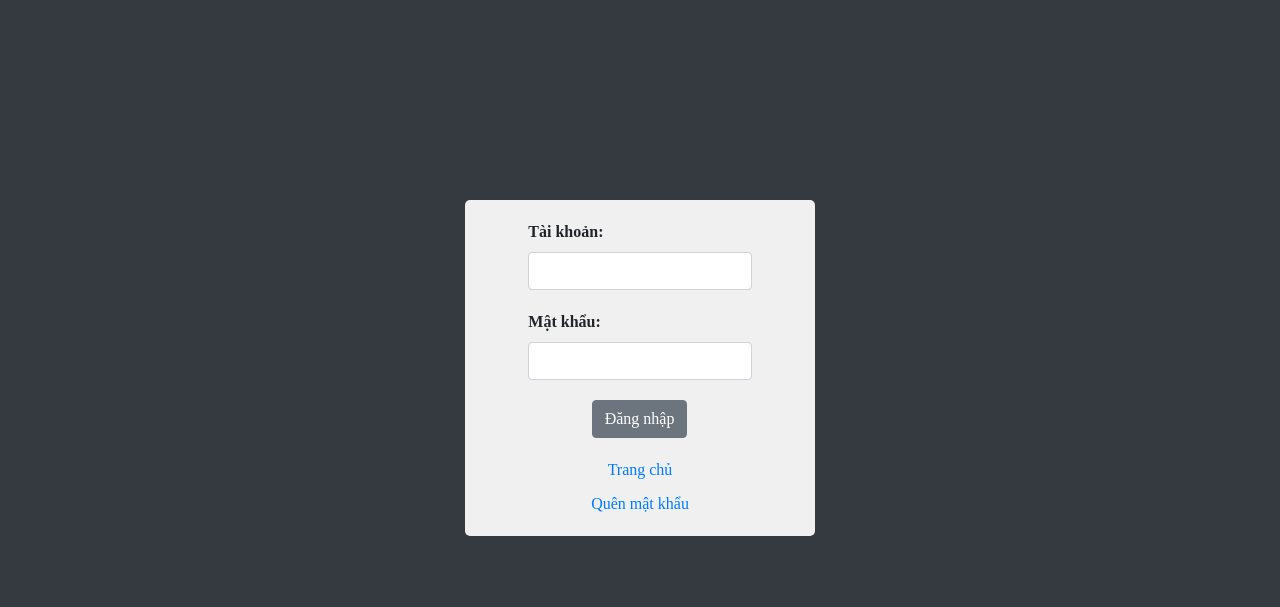
Repository: cuongnh2k/phimmoi
Page: http://localhost/phimmoi/Login.jsp
The author's editor kept a copy of each file at every save. The page is drawn from the files as they stood at one save, then again after the next save.
The browser window is 1280 px wide. The pictures show the whole page.
Some web fonts or font styles are not loaded; a fallback is used. The page is served by Tomcat 9. Nobody is signed in. The application's start-up code is not run.

Above is the page before, as saved 2021-08-23 03:00:02.

After the next save:
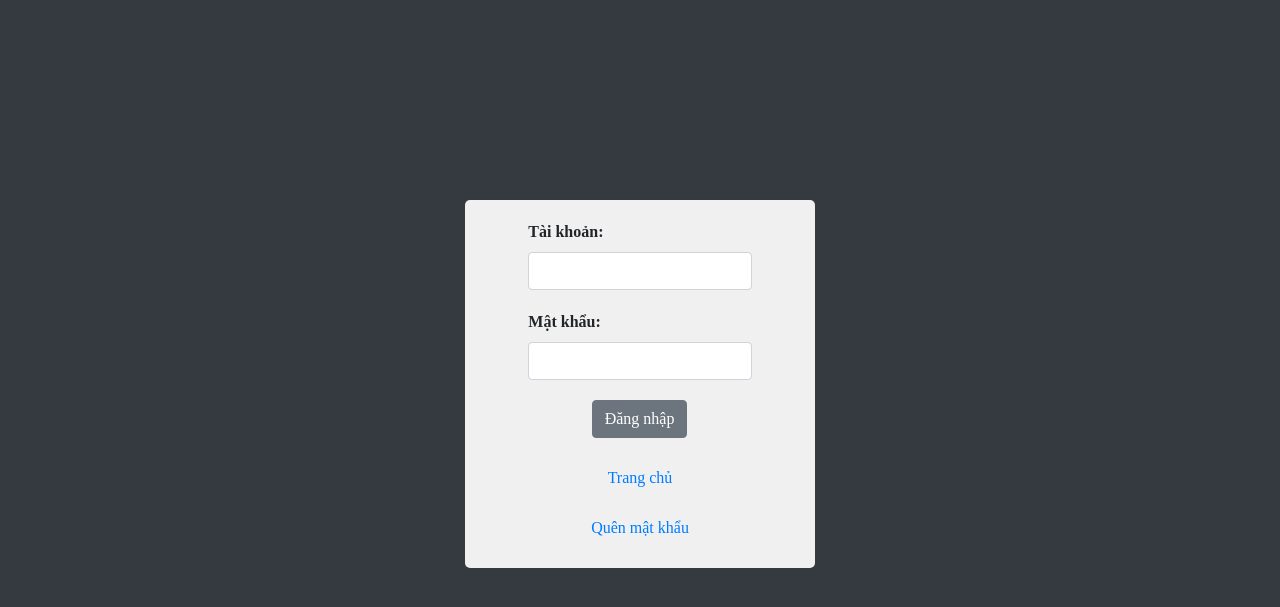
Saved 27 s later.
--- a/phimmoi/src/main/webapp/Login.jsp
+++ b/phimmoi/src/main/webapp/Login.jsp
@@ -95,10 +95,10 @@
 				</div>
 				<div class="col-4"></div>
 				<div class="col-12 text-center" style="margin-top: 20px;">
-					<a href="home" class="text-center">Trang chủ</a>
+					<a href="home" class="text-center nav-link">Trang chủ</a>
 				</div>
 				<div class="col-12 text-center" style="margin-top: 10px; margin-bottom: 20px;">
-					<a href="#" class="text-center">Quên mật khẩu</a>
+					<a href="#" class="text-center nav-link">Quên mật khẩu</a>
 				</div>
 			</div>
 
